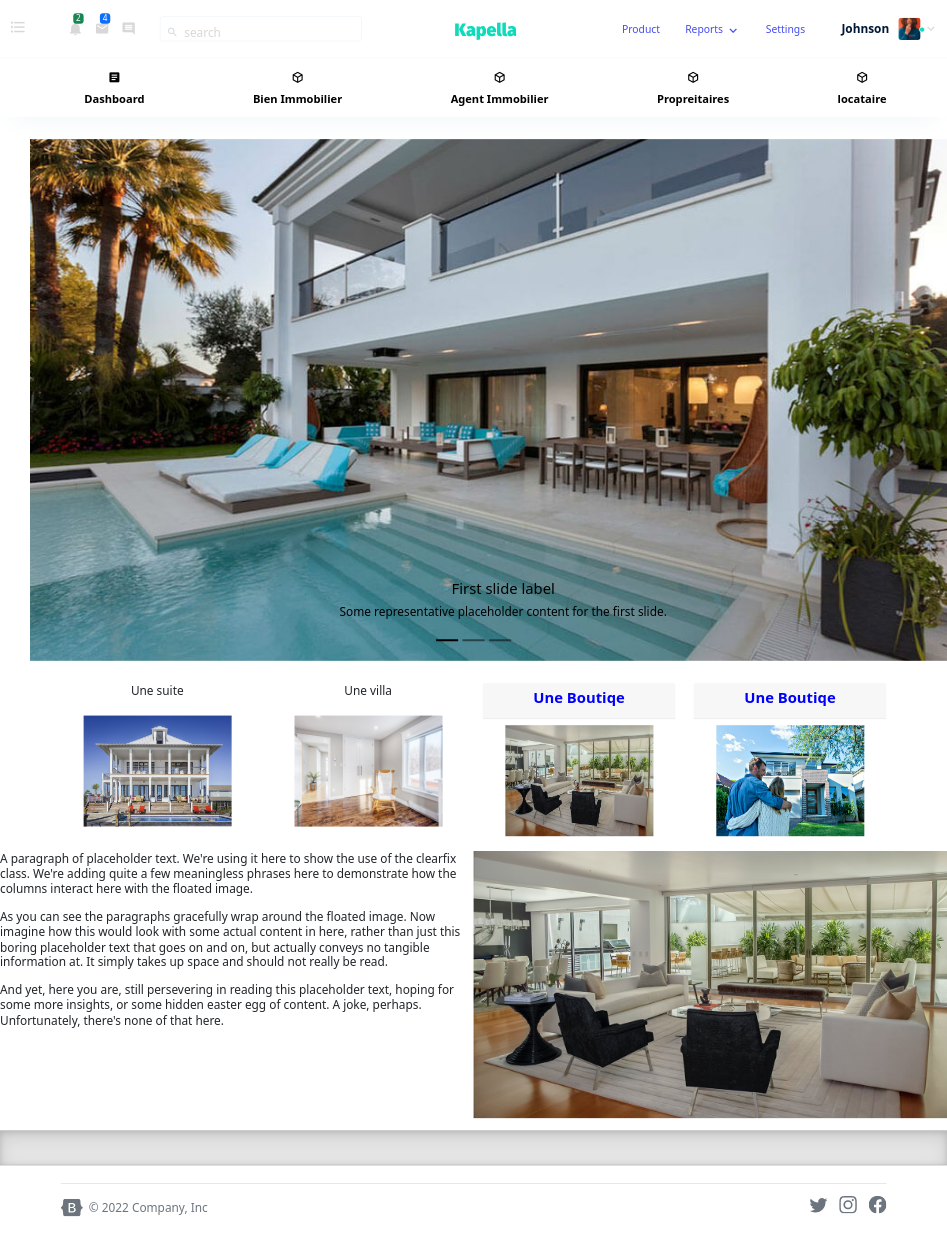
Repository: dimitri0004/Bien
Page: templates/dashbord/index.html.twig
An editor plug-in stored every save of this project. The page is shown before and after the next save, followed by the edit.
The browser window is 1280 px wide. The pictures show the whole page, at 74% of full size.
The page is a Twig template of a Symfony application; nobody is signed in and links lead nowhere. The template is opened directly, without the code that normally fills it, so the values that code supplies are empty.

Above is the page before, as saved 2023-04-05 01:49:37.
Console error: TypeError: Cannot read properties of null (reading 'addEventListener')

### templates/dashbord/index.html.twig
{% extends 'base.html.twig' %}

{% block title %}Hello DashbordController!{% endblock %}

{% block body %}

    <div id="carouselExampleDark" class="carousel carousel-dark slide">
        <div class="carousel-indicators">
          <button type="button" data-bs-target="#carouselExampleDark" data-bs-slide-to="0" class="active" aria-current="true" aria-label="Slide 1"></button>
          <button type="button" data-bs-target="#carouselExampleDark" data-bs-slide-to="1" aria-label="Slide 2"></button>
          <button type="button" data-bs-target="#carouselExampleDark" data-bs-slide-to="2" aria-label="Slide 3"></button>
        </div>
        <div class="carousel-inner" style="margin-left: 40px; margin-right: 40px; margin-top: 30px; margin-bottom:30px;" >
          <div class="carousel-item active" data-bs-interval="10000">
            <img src="{{ asset('uploads/image2.jpg') }}" class="d-block w-100" alt="...">
            <div class="carousel-caption d-none d-md-block">
              <h5  style="color:black"ss>First slide label</h5>
              <p style="color:black">Some representative placeholder content for the first slide.</p>
            </div>
          </div>
          <div class="carousel-item" data-bs-interval="2000">
            <img src="{{ asset('uploads/image1.jpg') }}" class="d-block w-100" alt="...">
            <div class="carousel-caption d-none d-md-block">
              <h5  style="color:black">Second slide label</h5>
              <p  style="color:black">Some representative placeholder content for the second slide.</p>
            </div>
          </div>
          <div class="carousel-item">
            <img src="{{ asset('uploads/image3.jpg') }}" class="d-block w-100" alt="...">
            <div class="carousel-caption d-none d-md-block">
              <h5  style="color:black">Third slide label</h5>
              <p  style="color:black">Some representative placeholder content for the third slide.</p>
            </div>
          </div>
        </div>
        <button class="carousel-control-prev" type="button" data-bs-target="#carouselExampleDark" data-bs-slide="prev">
          <span class="carousel-control-prev-icon" aria-hidden="true"></span>
          <span class="visually-hidden">Previous</span>
        </button>
        <button class="carousel-control-next" type="button" data-bs-target="#carouselExampleDark" data-bs-slide="next">
          <span class="carousel-control-next-icon" aria-hidden="true"></span>
          <span class="visually-hidden">Next</span>
        </button>
      </div>

      <div class="container text-center" style="margin-bottom: 20px;">
        <div class="row">
            <div class="col" >
                <p> Une suite</p>
                <img class='mt-2' style="width:200px ; height:150px" src="{{ asset('uploads/img.jpg') }}" class="d-block w-100" alt="...">
            </div>
            <div class="col">
                    <p>Une villa </p>
                    <img class='mt-2' style="width:200px ; height:150px" src="{{ asset('uploads/img4.jpg') }}" class="d-block w-100" alt="...">
            </div>
            <div class="col">
                    <div class="card-header">
                        <strong> <h5 class="card-title" style="color: blue;font-weight: bold; " > Une Boutiqe </h5></strong>
                     </div>
                    <img class='mt-2'style="width:200px ; height:150px" src="{{ asset('uploads/img7.jpg') }}" class="d-block w-100" alt="...">
            </div>
            <div class="col">
                <div class="card-header">
                    <strong> <h5 class="card-title" style="color: blue;font-weight: bold; " > Une Boutiqe </h5></strong>
                  </div>
                <img class='mt-2'style="width:200px ; height:150px" src="{{ asset('uploads/img6.jpg') }}" class="d-block w-100" alt="...">
            </div>
        </div>
    </div>

    <div class="clearfix">
        <img src="{{ asset('uploads/img7.jpg') }}" class="col-md-6 float-md-end mb-3 ms-md-3" alt="...">

        <p>
          A paragraph of placeholder text. We're using it here to show the use of the clearfix class. We're adding quite a few meaningless phrases here to demonstrate how the columns interact here with the floated image.
        </p>

        <p>
          As you can see the paragraphs gracefully wrap around the floated image. Now imagine how this would look with some actual content in here, rather than just this boring placeholder text that goes on and on, but actually conveys no tangible information at. It simply takes up space and should not really be read.
        </p>

        <p>
          And yet, here you are, still persevering in reading this placeholder text, hoping for some more insights, or some hidden easter egg of content. A joke, perhaps. Unfortunately, there's none of that here.
        </p>
      </div>



{% endblock %}

### templates/base.html.twig
<!DOCTYPE html>
<html>
    <head>
        <meta charset="UTF-8">
        <meta name="viewport" content="width=device-width, initial-scale=1, shrink-to-fit=no">
        <title>{% block title %}Welcome!{% endblock %}</title>
        <link rel="icon" href="data:[embedded picture, 143 characters]">
        {# Run `composer require symfony/webpack-encore-bundle` to start using Symfony UX #}
        <!-- Required meta tags -->
        <!-- base:css -->




        {% block stylesheets %}
            <link rel="stylesheet" href="{{asset('vendors/base/vendor.bundle.base.css')}}">
            <link rel="stylesheet" href="{{asset('vendors/mdi/css/materialdesignicons.min.css')}}">
            <link rel="stylesheet" href="{{asset('css/style.css')}}">
            <link rel="shortcut icon" href="{{asset('images/favicon.png')}}" >
            <link rel="canonical" href="https://getbootstrap.com/docs/5.3/examples/footers/">
            <link href="{{ asset('css/bootstrap.min.css') }}" rel="stylesheet">





<link href="../assets/dist/css/bootstrap.min.css" rel="stylesheet">


        {% endblock %}



        {% block javascripts %} {% endblock %}

        <script src="{{asset('vendors/base/vendor.bundle.base.js')}}" defer></script>
        <script src="{{asset('js/template.js')}}" defer></script>
        <script src="{{asset('vendors/chart.js/Chart.min.js')}}"defer></script>
        <script src="{{asset('vendors/progressbar.js/progressbar.min.js')}}"></script>
        <script src="{{asset('vendors/chartjs-plugin-datalabels/chartjs-plugin-datalabels.js')}}"defer></script>
        <script src="{{asset('vendors/justgage/raphael-2.1.4.min.js')}}"defer></script>
        <script src="{{asset('vendors/justgage/justgage.js')}}"defer></script>
        <script src="{{asset('js/jquery.cookie.js')}}" type="text/javascript" defer></script>
        <script src="{{asset('js/dashboard.js')}}" defer></script>
        <script src="{{ asset('js/bootstrap.bundle.min.js') }}" defer></script>



    </head>
    <body>
        {% include "_partiels/nav.html.twig" %}
        {% block body %}

        {% endblock %}
        {% include "_partiels/footer.html.twig" %}
    </body>
</html>

### templates/_partiels/footer.html.twig
<style>
    .bd-placeholder-img {
      font-size: 1.125rem;
      text-anchor: middle;
      -webkit-user-select: none;
      -moz-user-select: none;
      user-select: none;
    }

    @media (min-width: 768px) {
      .bd-placeholder-img-lg {
        font-size: 3.5rem;
      }
    }

    .b-example-divider {
      height: 3rem;
      background-color: rgba(0, 0, 0, .1);
      border: solid rgba(0, 0, 0, .15);
      border-width: 1px 0;
      box-shadow: inset 0 .5em 1.5em rgba(0, 0, 0, .1), inset 0 .125em .5em rgba(0, 0, 0, .15);
    }

    .b-example-vr {
      flex-shrink: 0;
      width: 1.5rem;
      height: 100vh;
    }

    .bi {
      vertical-align: -.125em;
      fill: currentColor;
    }

    .nav-scroller {
      position: relative;
      z-index: 2;
      height: 2.75rem;
      overflow-y: hidden;
    }

    .nav-scroller .nav {
      display: flex;
      flex-wrap: nowrap;
      padding-bottom: 1rem;
      margin-top: -1px;
      overflow-x: auto;
      text-align: center;
      white-space: nowrap;
      -webkit-overflow-scrolling: touch;
    }
</style>
<body>
    <svg xmlns="http://www.w3.org/2000/svg" style="display: none;">
        <symbol id="bootstrap" viewBox="0 0 118 94">
          <title>Bootstrap</title>
          <path fill-rule="evenodd" clip-rule="evenodd" d="M24.509 0c-6.733 0-11.715 5.893-11.492 12.284.214 6.14-.064 14.092-2.066 20.577C8.943 39.365 5.547 43.485 0 44.014v5.972c5.547.529 8.943 4.649 10.951 11.153 2.002 6.485 2.28 14.437 2.066 20.577C12.794 88.106 17.776 94 24.51 94H93.5c6.733 0 11.714-5.893 11.491-12.284-.214-6.14.064-14.092 2.066-20.577 2.009-6.504 5.396-10.624 10.943-11.153v-5.972c-5.547-.529-8.934-4.649-10.943-11.153-2.002-6.484-2.28-14.437-2.066-20.577C105.214 5.894 100.233 0 93.5 0H24.508zM80 57.863C80 66.663 73.436 72 62.543 72H44a2 2 0 01-2-2V24a2 2 0 012-2h18.437c9.083 0 15.044 4.92 15.044 12.474 0 5.302-4.01 10.049-9.119 10.88v.277C75.317 46.394 80 51.21 80 57.863zM60.521 28.34H49.948v14.934h8.905c6.884 0 10.68-2.772 10.68-7.727 0-4.643-3.264-7.207-9.012-7.207zM49.948 49.2v16.458H60.91c7.167 0 10.964-2.876 10.964-8.281 0-5.406-3.903-8.178-11.425-8.178H49.948z"></path>
        </symbol>
        <symbol id="facebook" viewBox="0 0 16 16">
          <path d="M16 8.049c0-4.446-3.582-8.05-8-8.05C3.58 0-.002 3.603-.002 8.05c0 4.017 2.926 7.347 6.75 7.951v-5.625h-2.03V8.05H6.75V6.275c0-2.017 1.195-3.131 3.022-3.131.876 0 1.791.157 1.791.157v1.98h-1.009c-.993 0-1.303.621-1.303 1.258v1.51h2.218l-.354 2.326H9.25V16c3.824-.604 6.75-3.934 6.75-7.951z"/>
        </symbol>
        <symbol id="instagram" viewBox="0 0 16 16">
            <path d="M8 0C5.829 0 5.556.01 4.703.048 3.85.088 3.269.222 2.76.42a3.917 3.917 0 0 0-1.417.923A3.927 3.927 0 0 0 .42 2.76C.222 3.268.087 3.85.048 4.7.01 5.555 0 5.827 0 8.001c0 2.172.01 2.444.048 3.297.04.852.174 1.433.372 1.942.205.526.478.972.923 1.417.444.445.89.719 1.416.923.51.198 1.09.333 1.942.372C5.555 15.99 5.827 16 8 16s2.444-.01 3.298-.048c.851-.04 1.434-.174 1.943-.372a3.916 3.916 0 0 0 1.416-.923c.445-.445.718-.891.923-1.417.197-.509.332-1.09.372-1.942C15.99 10.445 16 10.173 16 8s-.01-2.445-.048-3.299c-.04-.851-.175-1.433-.372-1.941a3.926 3.926 0 0 0-.923-1.417A3.911 3.911 0 0 0 13.24.42c-.51-.198-1.092-.333-1.943-.372C10.443.01 10.172 0 7.998 0h.003zm-.717 1.442h.718c2.136 0 2.389.007 3.232.046.78.035 1.204.166 1.486.275.373.145.64.319.92.599.28.28.453.546.598.92.11.281.24.705.275 1.485.039.843.047 1.096.047 3.231s-.008 2.389-.047 3.232c-.035.78-.166 1.203-.275 1.485a2.47 2.47 0 0 1-.599.919c-.28.28-.546.453-.92.598-.28.11-.704.24-1.485.276-.843.038-1.096.047-3.232.047s-2.39-.009-3.233-.047c-.78-.036-1.203-.166-1.485-.276a2.478 2.478 0 0 1-.92-.598 2.48 2.48 0 0 1-.6-.92c-.109-.281-.24-.705-.275-1.485-.038-.843-.046-1.096-.046-3.233 0-2.136.008-2.388.046-3.231.036-.78.166-1.204.276-1.486.145-.373.319-.64.599-.92.28-.28.546-.453.92-.598.282-.11.705-.24 1.485-.276.738-.034 1.024-.044 2.515-.045v.002zm4.988 1.328a.96.96 0 1 0 0 1.92.96.96 0 0 0 0-1.92zm-4.27 1.122a4.109 4.109 0 1 0 0 8.217 4.109 4.109 0 0 0 0-8.217zm0 1.441a2.667 2.667 0 1 1 0 5.334 2.667 2.667 0 0 1 0-5.334z"/>
        </symbol>
        <symbol id="twitter" viewBox="0 0 16 16">
          <path d="M5.026 15c6.038 0 9.341-5.003 9.341-9.334 0-.14 0-.282-.006-.422A6.685 6.685 0 0 0 16 3.542a6.658 6.658 0 0 1-1.889.518 3.301 3.301 0 0 0 1.447-1.817 6.533 6.533 0 0 1-2.087.793A3.286 3.286 0 0 0 7.875 6.03a9.325 9.325 0 0 1-6.767-3.429 3.289 3.289 0 0 0 1.018 4.382A3.323 3.323 0 0 1 .64 6.575v.045a3.288 3.288 0 0 0 2.632 3.218 3.203 3.203 0 0 1-.865.115 3.23 3.23 0 0 1-.614-.057 3.283 3.283 0 0 0 3.067 2.277A6.588 6.588 0 0 1 .78 13.58a6.32 6.32 0 0 1-.78-.045A9.344 9.344 0 0 0 5.026 15z"/>
        </symbol>
      </svg>

      <div class="b-example-divider"></div>
      <div class="container">
        <footer class="d-flex flex-wrap justify-content-between align-items-center py-3 my-4 border-top">
          <div class="col-md-4 d-flex align-items-center">
            <a href="/" class="mb-3 me-2 mb-md-0 text-muted text-decoration-none lh-1">
              <svg class="bi" width="30" height="24"><use xlink:href="#bootstrap"/></svg>
            </a>
            <span class="mb-3 mb-md-0 text-muted">&copy; 2022 Company, Inc</span>
          </div>

          <ul class="nav col-md-4 justify-content-end list-unstyled d-flex">
            <li class="ms-3"><a class="text-muted" href="#"><svg class="bi" width="24" height="24"><use xlink:href="#twitter"/></svg></a></li>
            <li class="ms-3"><a class="text-muted" href="#"><svg class="bi" width="24" height="24"><use xlink:href="#instagram"/></svg></a></li>
            <li class="ms-3"><a class="text-muted" href="#"><svg class="bi" width="24" height="24"><use xlink:href="#facebook"/></svg></a></li>
          </ul>
        </footer>
      </div>
</body>

Loaded but not shown: public/vendors/base/vendor.bundle.base.css (common file); public/vendors/mdi/css/materialdesignicons.min.css (library); public/css/style.css (library); public/css/bootstrap.min.css (library); public/vendors/progressbar.js/progressbar.min.js (library); public/vendors/base/vendor.bundle.base.js (library); public/vendors/chart.js/Chart.min.js (library); public/vendors/chartjs-plugin-datalabels/chartjs-plugin-datalabels.js (library); public/vendors/justgage/raphael-2.1.4.min.js (library); public/vendors/justgage/justgage.js (library); public/js/jquery.cookie.js (library); public/js/bootstrap.bundle.min.js (library); public/images/logo.svg (3 lines, source omitted); public/images/logo-mini.svg (12 lines, source omitted); public/js/dashboard.js (1172 lines, source omitted); public/js/template.js (126 lines, source omitted); templates/_partiels/nav.html.twig (246 lines, source omitted)

After the next save:
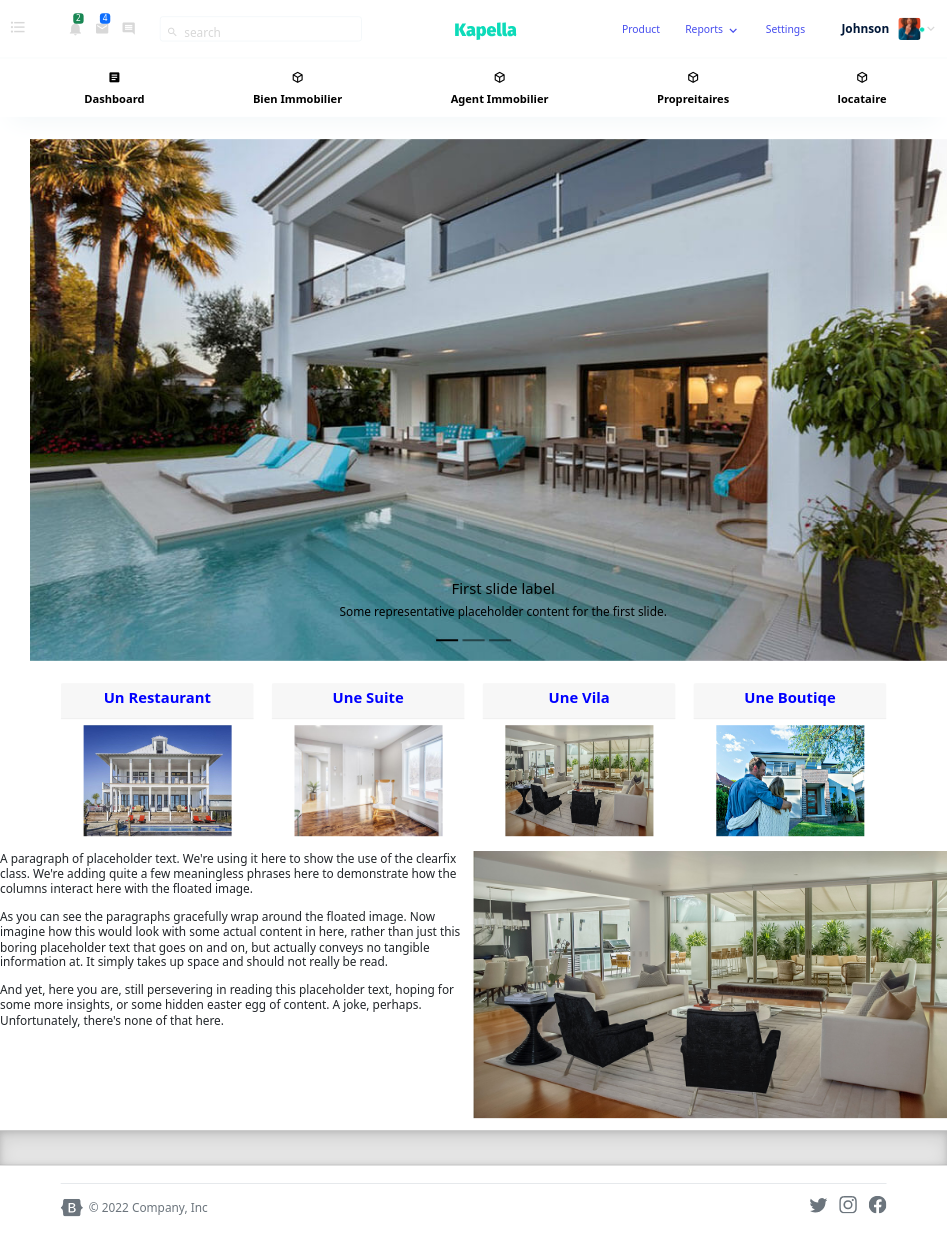
Saved 43 s later.
--- a/templates/dashbord/index.html.twig
+++ b/templates/dashbord/index.html.twig
@@ -46,17 +46,21 @@
       <div class="container text-center" style="margin-bottom: 20px;">
         <div class="row">
             <div class="col" >
-                <p> Une suite</p>
+                <div class="card-header">
+                    <strong> <h5 class="card-title" style="color: blue;font-weight: bold; " > Un Restaurant </h5></strong>
+                  </div>
                 <img class='mt-2' style="width:200px ; height:150px" src="{{ asset('uploads/img.jpg') }}" class="d-block w-100" alt="...">
             </div>
             <div class="col">
-                    <p>Une villa </p>
+                <div class="card-header">
+                    <strong> <h5 class="card-title" style="color: blue;font-weight: bold; " > Une Suite </h5></strong>
+                </div>
                     <img class='mt-2' style="width:200px ; height:150px" src="{{ asset('uploads/img4.jpg') }}" class="d-block w-100" alt="...">
             </div>
             <div class="col">
-                    <div class="card-header">
-                        <strong> <h5 class="card-title" style="color: blue;font-weight: bold; " > Une Boutiqe </h5></strong>
-                     </div>
+                <div class="card-header">
+                    <strong> <h5 class="card-title" style="color: blue;font-weight: bold; " > Une Vila </h5></strong>
+                </div>
                     <img class='mt-2'style="width:200px ; height:150px" src="{{ asset('uploads/img7.jpg') }}" class="d-block w-100" alt="...">
             </div>
             <div class="col">
